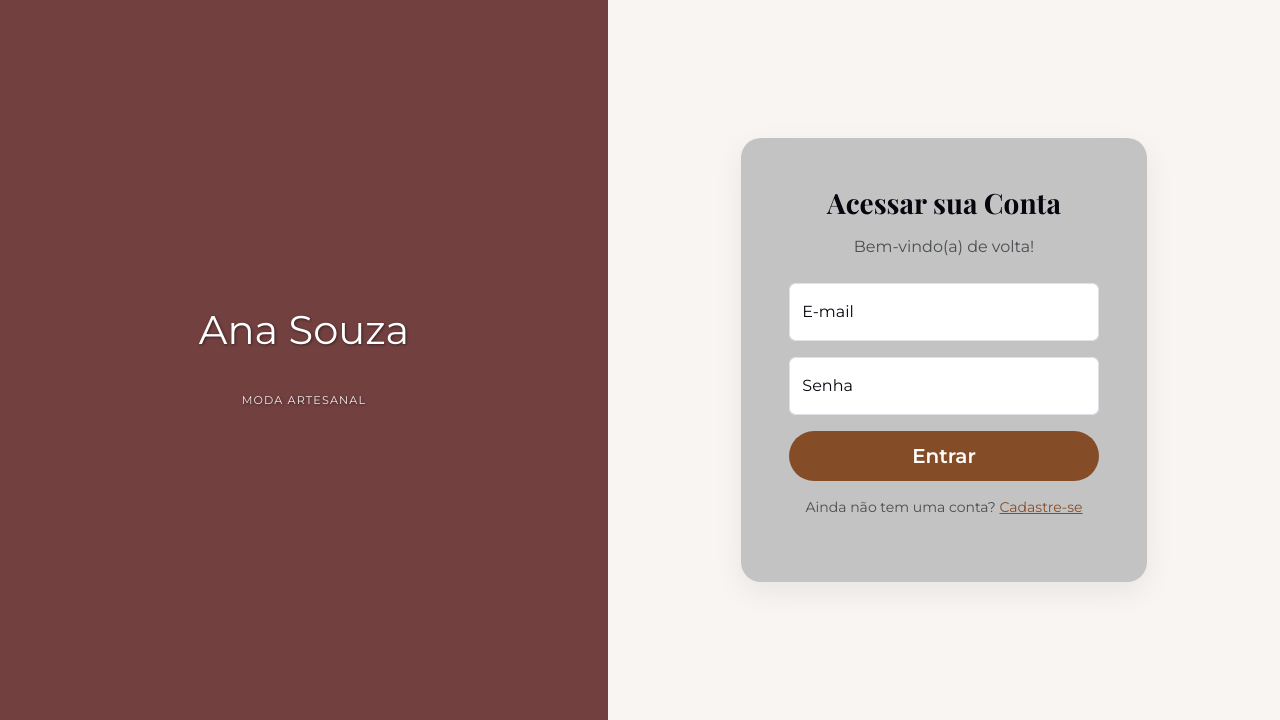
Repository: Lucascsg/projeto-anasouza-frontend
Page: login.html
These files come from the project's save history. The page is drawn as it stood at one moment and after the next save; the edit follows.
The browser window is 1280 px wide. The pictures show the whole page.

Above is the page before, as saved 2025-10-21 23:24:24.
Not found: imagens/auth-background.jpg

### login.html
<!DOCTYPE html>
<html lang="pt-br">
<head>
    <meta charset="UTF-8">
    <meta name="viewport" content="width=device-width, initial-scale=1.0">
    <title>Login - Ana Souza</title>
    <link href="https://cdn.jsdelivr.net/npm/bootstrap@5.3.2/dist/css/bootstrap.min.css" rel="stylesheet">
    <link rel="stylesheet" href="css/style.css">
    <link rel="stylesheet" href="https://cdn.jsdelivr.net/npm/bootstrap-icons@1.11.1/font/bootstrap-icons.css">
    <link rel="preconnect" href="https://fonts.googleapis.com">
    <link rel="preconnect" href="https://fonts.gstatic.com" crossorigin>
    <link href="https://fonts.googleapis.com/css2?family=Montserrat:wght@400;500;600&family=Playfair+Display:wght@700&family=Great+Vibes&display=swap" rel="stylesheet">
    <style>
        /* Estilo para garantir altura total e split screen */
body, html { height: 100%; margin: 0; overflow: hidden; }
.split-container { display: flex; min-height: 100vh; }
.split-image {
    background: url('imagens/auth-background.jpg') no-repeat center center/cover; /* SUA IMAGEM AQUI */
    flex: 1;
    position: relative; /* Necessário para o overlay e o logo */
    display: flex; /* Para centralizar o logo */
    align-items: center;
    justify-content: center;
}
.split-form {
    flex: 1;
    display: flex;
    align-items: center;
    justify-content: center;
    padding: 2rem;
    background-color: var(--cor-fundo-claro);
    overflow-y: auto;
}

/* --- NOVO: Overlay sobre a imagem --- */
.split-image::before {
    content: '';
    position: absolute;
    top: 0;
    left: 0;
    width: 100%;
    height: 100%;
    background: rgba(0, 0, 0, 0.35); /* Camada escura com 35% de opacidade */
    z-index: 1; /* Fica entre a imagem e o logo */
}

/* --- ATUALIZADO: Logo centralizado --- */
.image-logo {
    position: relative; /* Mudado de absolute para relative */
    z-index: 2; /* Fica na frente do overlay */
    text-align: center; /* Centraliza o texto */
}
.image-logo .logo-text {
    font-size: 3.5rem; /* Aumenta o tamanho do logo */
    color: #FFFFFF !important;
    text-shadow: 1px 1px 3px rgba(0,0,0,0.5);
}
.image-logo .logo-subtitle {
    font-size: 0.8rem; /* Ajusta o tamanho do subtítulo */
    color: rgba(255,255,255,0.9) !important;
    letter-spacing: 0.1em;
}

/* Ajuste para telas menores continua igual */
@media (max-width: 767px) {
    .split-container { flex-direction: column-reverse; }
    .split-image {
        min-height: 250px; flex: none;
        align-items: center; justify-content: center;
    }
    .image-logo { /* Logo na imagem é escondido no mobile */
         display: none;
    }
    .split-form { padding: 1.5rem; }
    .form-logo { display: block !important; }
}
@media (min-width: 768px) {
    .form-logo { display: none; }
}
    </style>
</head>
<body>

    <div class="split-container">
        <div class="split-image d-none d-md-flex">
            <div class="image-logo">
                <a class="logo-text d-inline-block text-decoration-none" href="index.html" style="font-size: 2.5rem;">
                    <div>Ana Souza</div>
                    <small class="logo-subtitle" style="font-size: 0.7rem;">MODA ARTESANAL</small>
                </a>
            </div>
        </div>

        <div class="split-form">
            <div class="col-lg-8 col-md-10 col-sm-12">
                <div class="form-container section-card">
                    <div class="text-center mb-4">
                        <a class="logo-text form-logo d-none d-md-none d-inline-block mb-3 text-decoration-none" href="index.html" style="font-size: 2.5rem; color: var(--cor-base-escura) !important;">
                            <div>Ana Souza</div>
                            <small class="logo-subtitle" style="font-size: 0.7rem; color: var(--cor-base-escura); opacity: 0.8;">MODA ARTESANAL</small>
                        </a>
                        <h1 class="h3 mb-3 fw-bold">Acessar sua Conta</h1>
                        <p class="text-muted">Bem-vindo(a) de volta!</p>
                    </div>
                    <form id="login-form">
                        <div class="form-floating mb-3">
                            <input type="email" class="form-control" id="email" placeholder="nome@exemplo.com" required>
                            <label for="email">E-mail</label>
                        </div>
                        <div class="form-floating mb-3">
                            <input type="password" class="form-control" id="senha" placeholder="Senha" required>
                            <label for="senha">Senha</label>
                        </div>
                        <div class="d-grid mb-3">
                            <button class="btn btn-custom-primary btn-lg" type="submit">Entrar</button>
                        </div>
                        <p class="text-center text-muted small">
                            Ainda não tem uma conta? <a href="cadastro.html" class="link-custom-secondary">Cadastre-se</a>
                        </p>
                    </form>
                </div>
            </div>
        </div>
    </div>

    <script src="https://cdn.jsdelivr.net/npm/bootstrap@5.3.2/dist/js/bootstrap.bundle.min.js"></script>
</body>
</html>

### css/style.css
/* =================================== */
/* VARIÁVEIS GLOBAIS E ESTILOS BASE    */
/* =================================== */
:root {
    /* Sua paleta de cores (mantive suas últimas alterações) */
    --cor-base-escura: #854D27;
    --cor-acao-vibrante: #854D27;
    --cor-detalhe-quente: #29524A;
    --cor-texto-escuro: #06070E;

    /* Cores Neutras e de Fundo */
    --cor-fundo-claro: #F8F5F2;
    --cor-texto-claro: #FFFFFF;
}

body {
    font-family: 'Montserrat', sans-serif;
    background-color: #B16262;
    color: var(--cor-texto-escuro);
}

/* Estilo para páginas com fundo branco específico */
body.bg-white-page {
    background-color: #FFFFFF;
}

h1, h2, h3, h4, h5, h6 {
    font-family: 'Playfair Display', serif;
    color: var(--cor-detalhe-quente);
}

/* =================================== */
/* ESTILOS DA BARRA DE NAVEGAÇÃO       */
/* =================================== */
.navbar-custom {
    background-color: var(--cor-base-escura);
}
/* ... (O resto dos estilos da navbar e do logo permanecem como você enviou) ... */
.navbar-brand.logo-text {
    display: flex;
    flex-direction: column;
    justify-content: center;
    padding: 0;
    position: relative;
    top: 2px;
}
.navbar-brand div {
    font-family: 'Great Vibes', cursive;
    font-size: 2.2rem;
    color: #FFD972 !important;
    line-height: 1;
    font-weight: normal;
}
.navbar-brand .logo-subtitle {
    font-family: 'Montserrat', sans-serif;
    font-size: 0.6rem;
    text-transform: uppercase;
    letter-spacing: 0.1em;
    display: block;
    opacity: 0.9;
    color: #FFD972;
    margin-top: -5px;
}
/* ... (outros estilos da navbar que você enviou) ... */
.navbar-custom .navbar-brand img {
    height: 40px;
}
.navbar-custom .nav-link {
    color: var(--cor-texto-claro);
    font-weight: 500;
    text-transform: uppercase;
    font-size: 0.9rem;
    padding: 0.5rem 1rem;
    transition: opacity 0.3s;
}
.navbar-custom .nav-link:hover {
    opacity: 0.8;
}
.navbar-icons a {
    color: var(--cor-texto-claro);
    font-size: 1.2rem;
    transition: opacity 0.3s;
}
.navbar-icons a:hover {
    opacity: 0.8;
}


/* =================================== */
/* ESTILOS DA SEÇÃO HERO (IMAGEM)      */
/* =================================== */
#hero {
    position: relative;
    height: 90vh;
    width: 100%;
    display: flex;
    align-items: center;
    justify-content: center;

    /* --- ATUALIZAÇÃO PARA IMAGEM DE FUNDO --- */
    background: url('../imagens/hero-background.jpg') no-repeat center center/cover;
}

#hero::after {
    content: '';
    position: absolute;
    top: 0;
    left: 0;
    width: 100%;
    height: 100%;
    background: rgba(0, 0, 0, 0.6);
    z-index: 1;
}

#hero .hero-content {
    position: relative;
    z-index: 2;
}

#hero .hero-content h1 {
    font-weight: 700;
    color: var(--cor-texto-claro);
}

#hero .hero-content .btn {
    border-radius: 50px;
    padding: 12px 30px;
    font-weight: 600;
}


/* ... (O resto do seu CSS continua exatamente como você enviou) ... */

/* =================================== */
/* ESTILOS GERAIS DAS SEÇÕES           */
/* =================================== */
section h2 {
    color: var(--cor-detalhe-quente);
    margin-bottom: 1rem;
}

/* =================================== */
/* ESTILOS DA SEÇÃO DE PRODUTOS        */
/* =================================== */
.product-card {
    border: none;
    border-radius: 15px;
    box-shadow: 0 4px 15px rgba(0, 0, 0, 0.08);
    transition: all 0.3s ease-in-out;
}
.product-card:hover {
    transform: translateY(-8px);
    box-shadow: 0 8px 25px rgba(0, 0, 0, 0.12);
}
.product-card .card-title {
    color: var(--cor-texto-escuro);
    font-weight: 600;
}
.product-card .btn {
    border-radius: 50px;
    padding: 8px 25px;
    font-weight: 500;
    border-color: var(--cor-base-escura);
    color: var(--cor-base-escura);
}
.product-card .btn:hover {
    background-color: var(--cor-base-escura);
    color: white;
}

/* =================================== */
/* ESTILOS DA SEÇÃO DE BLOG            */
/* =================================== */
.btn-custom-primary {
    background-color: var(--cor-acao-vibrante);
    color: white;
    border: none;
    border-radius: 50px;
    padding: 10px 30px;
    font-weight: 600;
    transition: all 0.3s;
}
.btn-custom-primary:hover {
    background-color: var(--cor-acao-vibrante);
    color: white;
    opacity: 0.9;
    transform: translateY(-2px);
}
#blog img {
    border-radius: 15px;
}

/* =================================== */
/* ESTILOS DO RODAPÉ (FOOTER)          */
/* =================================== */
.footer-custom {
    background-color: var(--cor-base-escura);
}
.footer-custom a {
    text-decoration: none;
    transition: opacity 0.3s;
}
.footer-custom a:hover {
    opacity: 0.8;
}

/* =================================== */
/* ESTILO DE SEÇÃO EM FORMATO DE CARD  */
/* =================================== */

.section-card {
    background-color: #c3c3c3; /* Fundo branco para o card */
    padding: 3rem 2rem;        /* Espaçamento interno generoso */
    border-radius: 20px;       /* As pontas curvadas que você pediu */
    box-shadow: 0 10px 30px rgba(0, 0, 0, 0.07); /* Sombra sutil para "flutuar" */
}

/* =================================== */
/* Estilos da Página de Produto        */
/* =================================== */

.product-price {
    color: var(--cor-detalhe-quente); /* Usando o verde/marrom dos títulos */
    font-weight: 600;
}

/* =================================== */
/* Estilos da Personalização de Cor    */
/* =================================== */

.seletor-cor {
    width: 32px;
    height: 32px;
    border-radius: 50%; /* Deixa o elemento redondo */
    border: 2px solid #eee;
    cursor: pointer;
    margin-right: 10px;
    margin-bottom: 10px;
    transition: transform 0.2s ease-in-out;
    background-size: cover;
    background-position: center;
}

.seletor-cor:hover {
    transform: scale(1.1); /* Efeito de zoom no hover */
}

/* Estilo para o seletor de cor que está ativo/selecionado */
.seletor-cor.active {
    border-color: var(--cor-base-escura); /* Usa a cor da navbar para destacar */
    box-shadow: 0 0 8px rgba(0, 0, 0, 0.3);
}

/* ============================================= */
/* REFINAMENTO DA PÁGINA DE POST (LEIA MAIS)     */
/* ============================================= */

/* 1. Controlando o tamanho da imagem de destaque */
#post-imagem {
    max-height: 450px; /* Define uma altura máxima para a imagem */
    width: 100%;
    object-fit: cover;   /* Garante que a imagem cubra o espaço sem distorcer */
    border-radius: 15px; /* Bordas mais suaves, combinando com o resto do site */
}

/* 2. Ajustando o Título e a Data */
#post-titulo {
    margin-top: 2.5rem; /* Adiciona mais espaço acima do título */
}

#post-data {
    font-size: 0.8rem;
    text-transform: uppercase;
    letter-spacing: 0.05em; /* Espaçamento entre as letras para um look mais "design" */
}

/* 3. Melhorando a legibilidade do texto do artigo */
#post-conteudo p {
    font-size: 1.1rem;      /* Aumenta um pouco o tamanho da fonte para leitura */
    line-height: 1.8;       /* Aumenta o espaçamento entre as linhas, essencial para textos longos */
    color: #343a40;         /* Um cinza mais escuro para melhor contraste e conforto visual */
}

/* Estilo para os cards de resumo na página de agradecimento */
.summary-item-card {
    background-color: #c3c3c3 !important; /* O cinza que você usou nos section-cards */
    border: none;
    color: var(--cor-texto-escuro); /* Garante que o texto dentro seja escuro */
}

/* =================================== */
/* Estilos para Formulários de Login/Cadastro */
/* =================================== */
.form-container {
    padding: 2rem;
}

@media (min-width: 768px) {
    .form-container {
        padding: 3rem;
    }
}

/* Links personalizados para autenticação */
.link-custom-secondary {
    color: var(--cor-base-escura); /* Usa sua cor base escura */
    text-decoration: underline;
}
.link-custom-secondary:hover {
    color: var(--cor-principal-hover); /* Muda para o hover da cor principal */
    text-decoration: none;
}

After the next save:
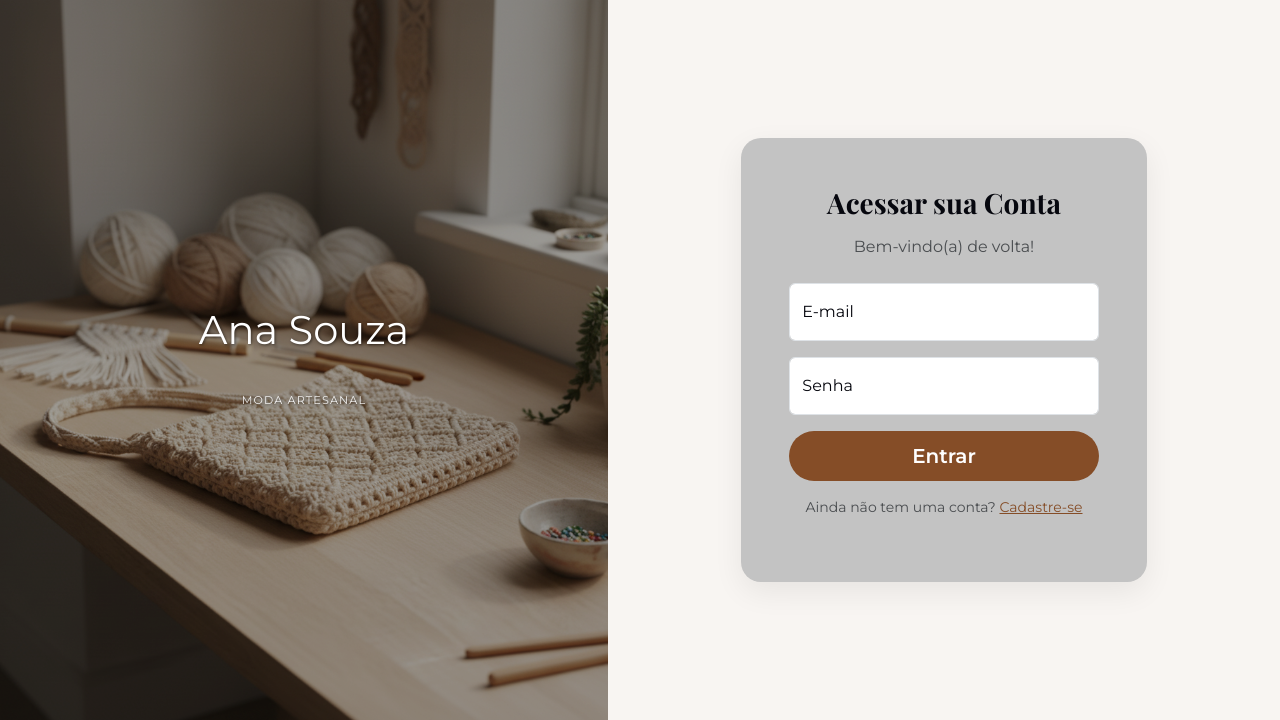
Saved 8 s later.
--- a/login.html
+++ b/login.html
@@ -15,7 +15,7 @@
 body, html { height: 100%; margin: 0; overflow: hidden; }
 .split-container { display: flex; min-height: 100vh; }
 .split-image {
-    background: url('imagens/auth-background.jpg') no-repeat center center/cover; /* SUA IMAGEM AQUI */
+    background: url('imagens/backlog4.png') no-repeat center center/cover; /* SUA IMAGEM AQUI */
     flex: 1;
     position: relative; /* Necessário para o overlay e o logo */
     display: flex; /* Para centralizar o logo */
